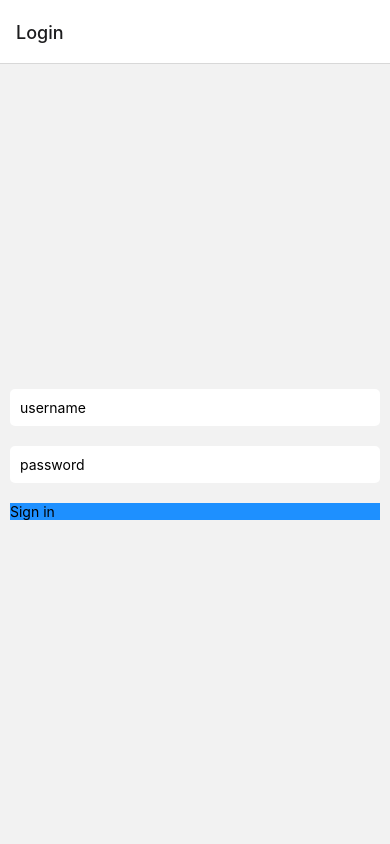
Repository: JennaFi/VideoCallApp
Screen: /
These files come from the project's save history. The screen is drawn as it stood at one moment and after the next save; the edit follows.
The app was drawn by React Native's web renderer in a window 390 px wide. The project was rebuilt for these pictures with package versions that can differ from the ones it lists, and the page was loaded fresh each time. Also part of the build but not shown: src/components/CallActionBox/index.js, src/screens/CallingScreen/index.js, src/screens/CallScreen/index.js, src/screens/ContactsScreen/index.js, src/screens/IncomingCallScreen/index.js.

Above is the screen before, as saved 2022-01-19 00:09:01.

### App.js
/**
 * Sample React Native App
 * https://github.com/facebook/react-native
 *
 * @format
 * @flow strict-local
 */


import React from 'react'
import { StatusBar } from 'react-native'
import Navigation from './src/navigation'





const App = () => {


  return (
    < >
      <StatusBar barStyle={'dark-content'} />
      <Navigation />

      {/* <ContactsScreen /> */}
      {/* <CallingScreen /> */}
      {/* <IncomingCallScreen /> */}


    </>
  )
}



export default App

### src/navigation/index.js
import { NavigationContainer } from '@react-navigation/native'
import { createNativeStackNavigator } from '@react-navigation/native-stack'
import React from 'react'
import CallingScreen from '../screens/CallingScreen'
import CallScreen from '../screens/CallScreen'
// import CallingScreen from '../screens/CallingScreen/index';
// import IncomingCallScreen from '../screens/IncomingCallScreen'
import ContactsScreen from '../screens/ContactsScreen/index'
import IncomingCallScreen from '../screens/IncomingCallScreen'
import LoginScreen from '../screens/LoginScreen'


const Navigation = () => {

  const Stack = createNativeStackNavigator()
  return (
    <NavigationContainer>
      <Stack.Navigator>
        <Stack.Screen name='Login' component={LoginScreen} />
        <Stack.Screen name='Contacts' component={ContactsScreen} />

        <Stack.Group screenOptions={{headerShown: false}}>
          <Stack.Screen name='Call' component={CallScreen} />
          <Stack.Screen name='Calling' component={CallingScreen} />
          <Stack.Screen name='IncomingCall' component={IncomingCallScreen} />
        </Stack.Group>


      </Stack.Navigator>

    </NavigationContainer>
  )
}

export default Navigation

### src/screens/LoginScreen/index.js
import React from 'react'
import { Pressable, StyleSheet, Text, TextInput, View } from 'react-native'

const LoginScreen = () => {
  const signIn = () => {}

  return (
    <View style={styles.page}>
      <TextInput placeholder='username' style={styles.input} />
      <TextInput placeholder='password' style={styles.input} />

      <Pressable style={styles.button} onPress={signIn}>
        <Text>Sign in</Text>
      </Pressable>
    </View>
  )
}

const styles = StyleSheet.create({
  page: {
    padding: 10,
    alignItems: 'stretch',
    flex: 1,
    justifyContent: 'center'
  },
  input: {
    backgroundColor: 'white',
    padding: 10,
    marginVertical: 10,
    borderRadius: 5
  },
  button: {
    backgroundColor: 'dodgerblue',
    marginVertical: 10

  }

})

export default LoginScreen

After the next save:
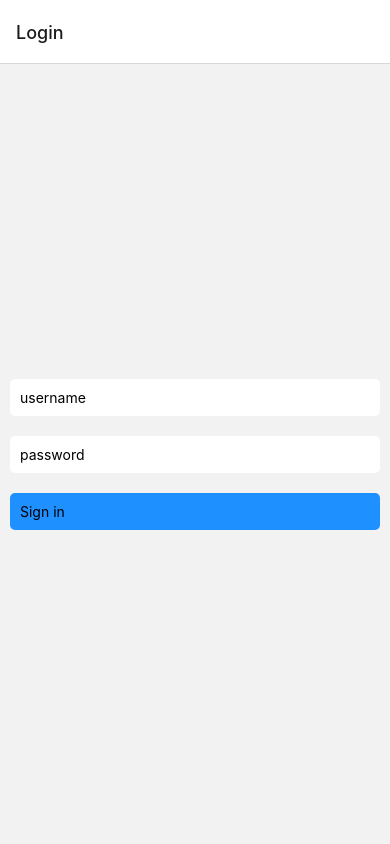
Saved 39 s later.
--- a/src/screens/LoginScreen/index.js
+++ b/src/screens/LoginScreen/index.js
@@ -31,7 +31,9 @@ const styles = StyleSheet.create({
   },
   button: {
     backgroundColor: 'dodgerblue',
-    marginVertical: 10
+    marginVertical: 10,
+    padding: 10,
+    borderRadius: 5
 
   }
 
